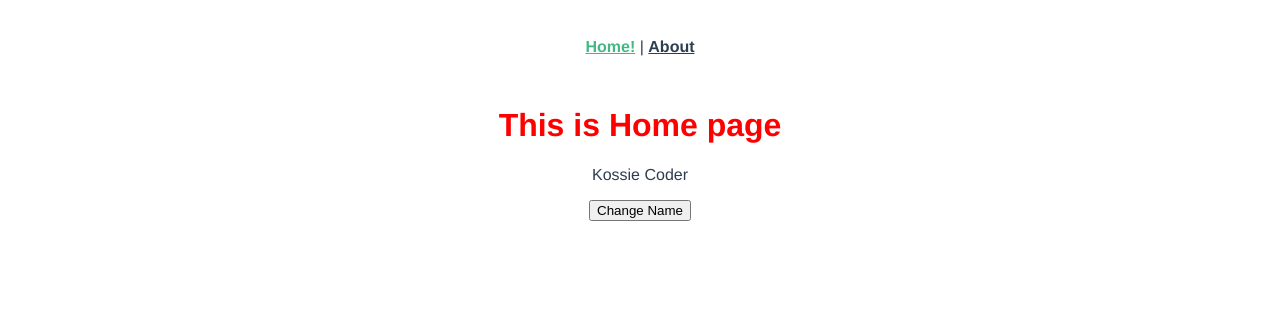
Repository: RyuGeunHwan/code_J
Page: / (app in hello-word/)
These files come from the project's save history. The page is drawn as it stood at one moment and after the next save; the edit follows.
The browser window is 1280 px wide. The pictures show the whole page.
The project was rebuilt for these pictures with package versions that can differ from the ones it lists, and the page was loaded fresh each time.

Above is the page before, as saved 2022-08-11 08:35:35.

After the next save:
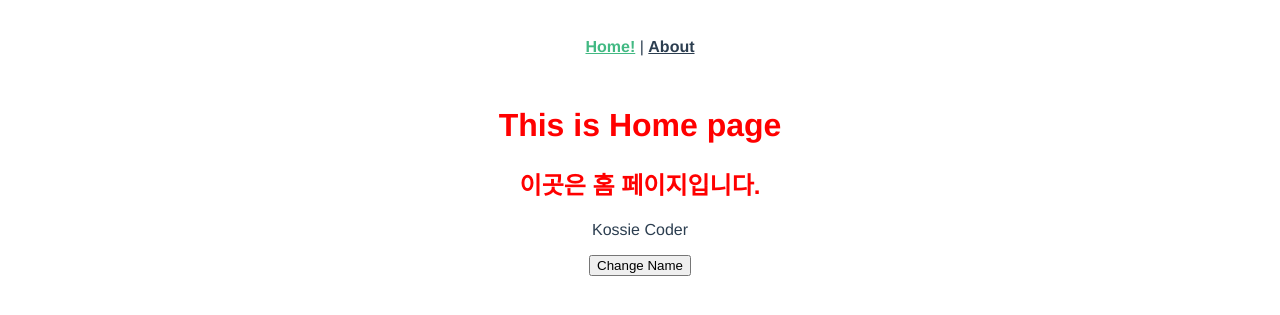
Saved 43 s later.
--- a/hello-word/src/views/Home.vue
+++ b/hello-word/src/views/Home.vue
@@ -1,6 +1,7 @@
 <template>
   <div>
     <h1>This is Home page</h1>
+    <h2>이곳은 홈 페이지입니다.</h2>
     <KossieCoder></KossieCoder>
   </div>
 </template>
@@ -26,4 +27,8 @@ export default{
 h1{
   color : red;
 }
+
+h2{
+  color : red
+}
 </style>
